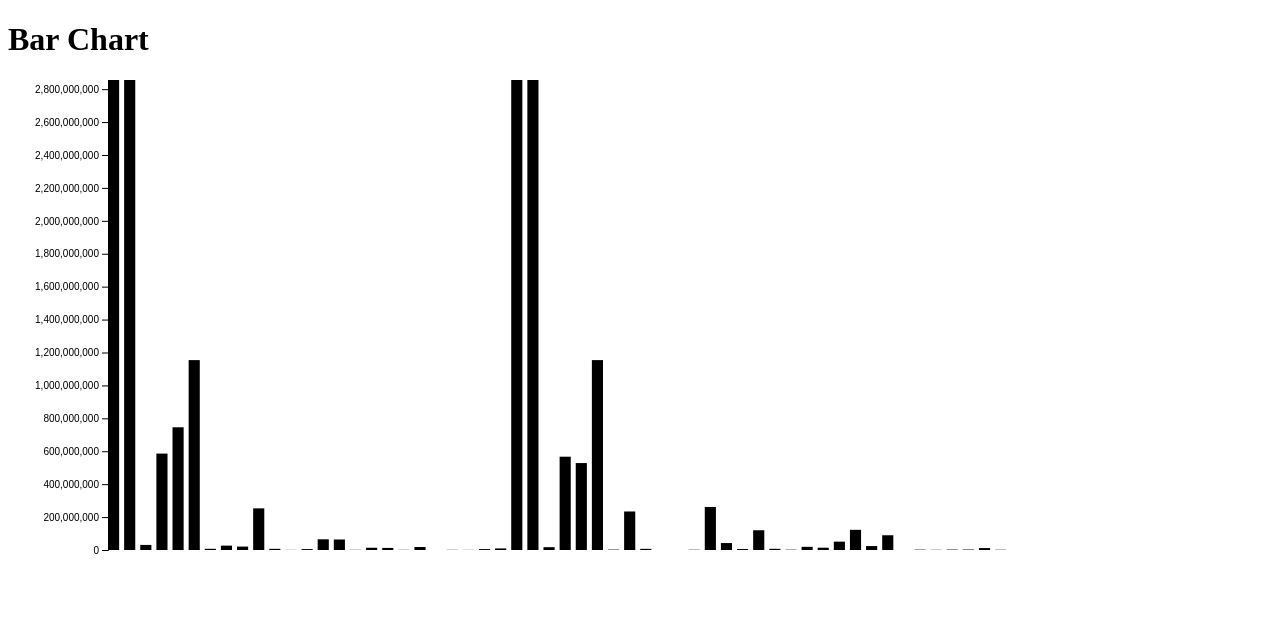
Repository: komalharjani/d3js-visualisation
Page: index.html
An editor plug-in stored every save of this project. The page is shown before and after the next save, followed by the edit.
The browser window is 1280 px wide. The pictures show the whole page.

Above is the page before, as saved 2020-04-29 18:47:09.

After the next save:
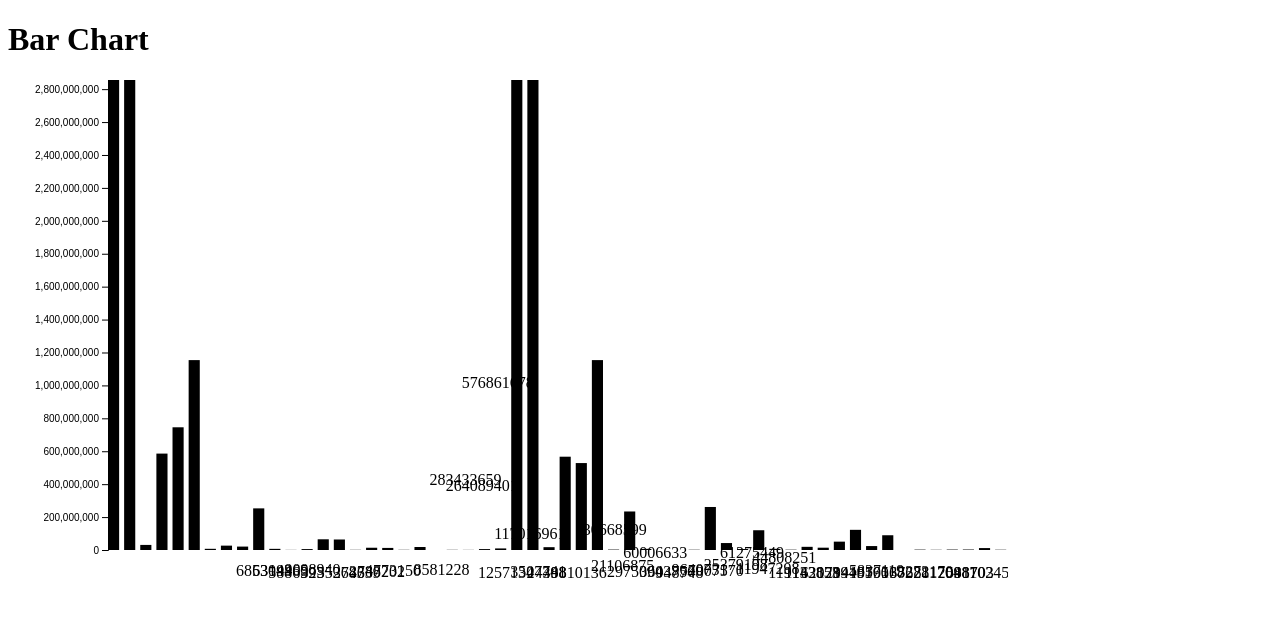
Saved 6 min 9 s later.
--- a/index.js
+++ b/index.js
@@ -84,18 +84,18 @@ d3.csv(dataPath)
                         .attr("fill", 'black');
 
                 // Barchart Text
-                // let text = svg.selectAll("text")
-                //         .data(finals)
-                //         .enter()
-                //         .append("text")
-                //         .text(function (d) {
-                //                 return d.amount;
-                //         })
-                //         .attr("y", function (d, i) {
-                //                 return height - xscale(d.amount) - 2;
-                //         })
-                //         .attr("x", function (d, i) {
-                //                 return barwidth * i - 30;
-                //         })
+                let text = svg.selectAll("text")
+                        .data(finals)
+                        .enter()
+                        .append("text")
+                        .text(function (d) {
+                                return d.amount;
+                        })
+                        .attr("y", function (d, i) {
+                                return height - xscale(d.amount) - 2;
+                        })
+                        .attr("x", function (d, i) {
+                                return barwidth * i - 30;
+                        })
 
         });
